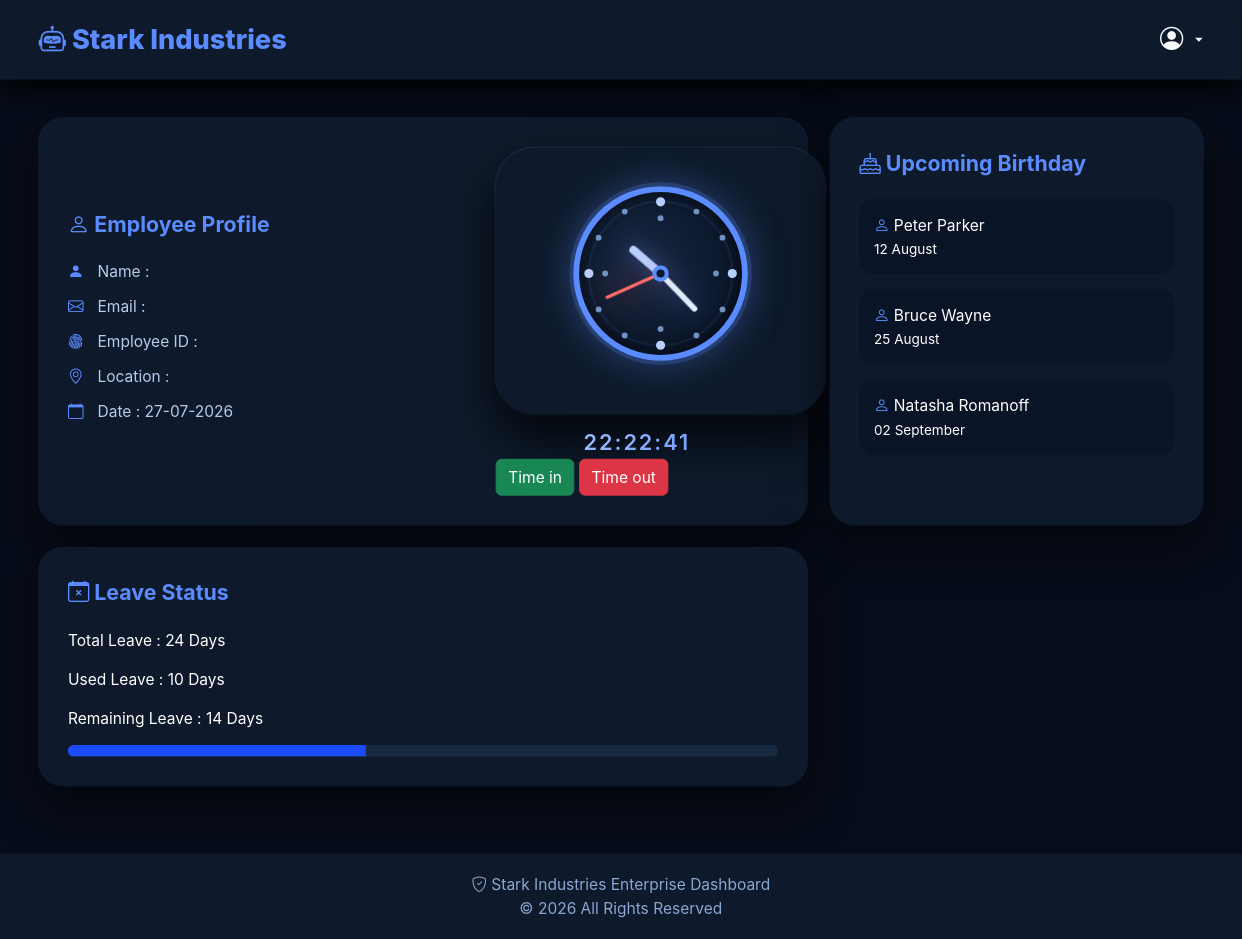
Repository: abhinav050799/office-management-
Page: resources/views/dashboard.blade.php
An editor plug-in stored every save of this project. The page is shown before and after the next save, followed by the edit.
The browser window is 1280 px wide. The pictures show the whole page, at 97% of full size.
The page is served by the project's Laravel application, run on PHP 8.4 with Laravel 12. The template is opened directly, without the code that normally fills it, so the values that code supplies are empty.

Above is the page before, as saved 2026-07-27 18:01:45.

After the next save:
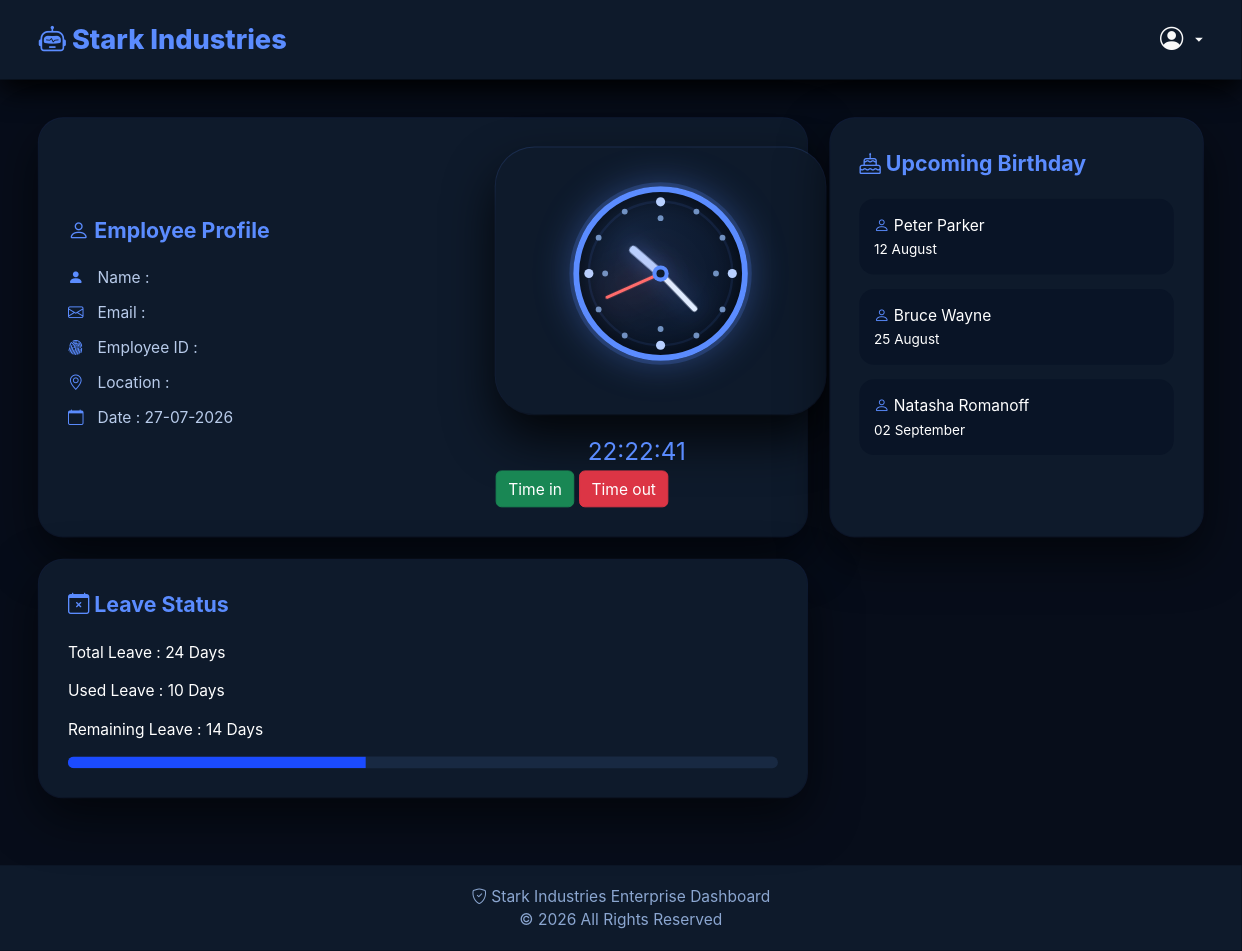
Saved 27 s later.
--- a/resources/views/dashboard.blade.php
+++ b/resources/views/dashboard.blade.php
@@ -142,16 +142,11 @@
   </div>
 
 
-                            <!-- <div class="time" id="clock">
+                            <div class="time" id="clock">
 
                                 00:00:00
 
-                            </div> -->
-                            <div class="time" id="clock" style="margin-top: 12px; font-size: 1.4rem; font-weight: 600; letter-spacing: 2px;
-             background: linear-gradient(135deg, #b8d0ff, #5b8cff); -webkit-background-clip: text;
-             -webkit-text-fill-color: transparent; background-clip: text;">
-            00:00:00
-        </div>
+                            </div>
 
                             <div class="timeinout">
                                 <button class="btn btn-success">Time in</button>

After the 2 saves that followed:
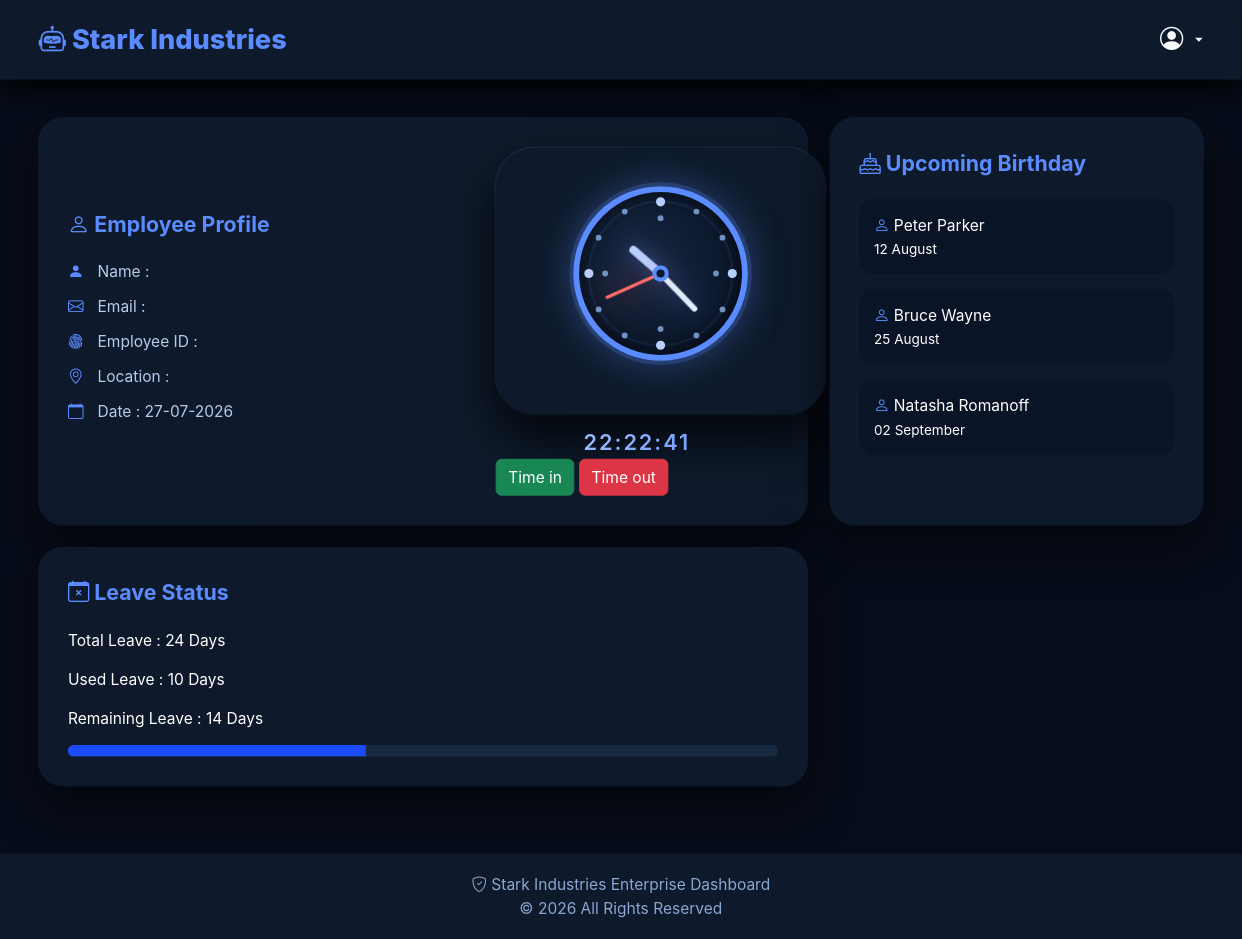
The 2 saves are shown as one change because they came seconds apart.
The last was saved 10 s later.
--- a/resources/views/dashboard.blade.php
+++ b/resources/views/dashboard.blade.php
@@ -142,11 +142,16 @@
   </div>
 
 
-                            <div class="time" id="clock">
+                            <!-- <div class="time" id="clock">
 
                                 00:00:00
 
-                            </div>
+                            </div> -->
+                            <div class="time" id="clock" style="margin-top: 12px; font-size: 1.4rem; font-weight: 600; letter-spacing: 2px;
+             background: linear-gradient(135deg, #b8d0ff, #5b8cff); -webkit-background-clip: text;
+             -webkit-text-fill-color: transparent; background-clip: text;">
+            00:00:00
+        </div>
 
                             <div class="timeinout">
                                 <button class="btn btn-success">Time in</button>
